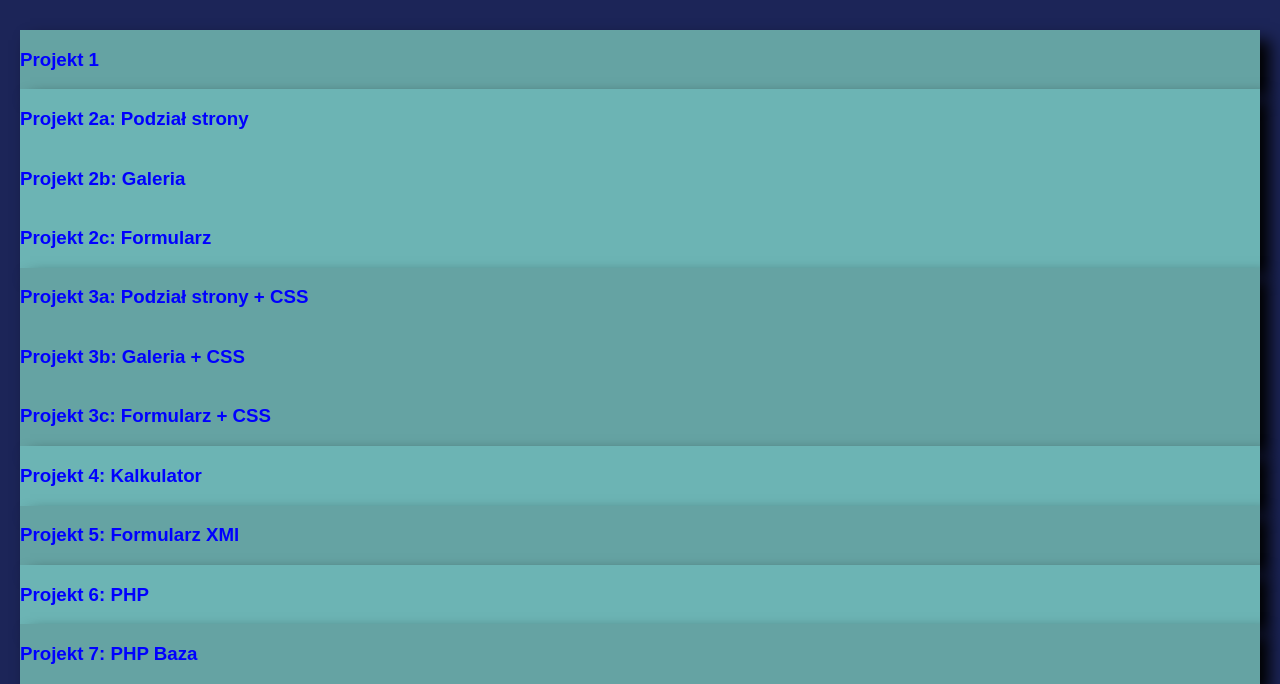
Repository: xdawix902/dawidfilipek1.github.io
Page: index.html
An editor plug-in stored every save of this project. The page is shown before and after the next save, followed by the edit.
The browser window is 1280 px wide. The pictures show the part of the page from y = 87 to 771 px (the page is 771 px tall).

Above is the page before, as saved 2025-11-28 22:13:10.

### index.html
<!DOCTYPE html>
<html lang="en">
    <head>
        <meta charset="UTF-8">
        <meta name="viewport" content="width=device-width, initial-scale=1.0">
        <title>Moja Strona</title>
        <link rel="stylesheet" href="css/index_style.css">
    </head>
    <body>
        <header>Strona Dawida Filipka</header>

        <main>
            <div id="projektyNieParzyste">
                <a href="projekt1/projekt1.html">
                    <h3 class="naglowki">Projekt 1</h3>
                </a>
            </div>

            <div id="projektyParzyste">

                <a href="projekt2/projekt2a.html">
                    <h3 class="naglowki">Projekt 2a: Podział strony</h3>
                </a><br>

                <a href="projekt2/projekt2b.html">
                    <h3 class="naglowki">Projekt 2b: Galeria</h3>
                </a><br>

                <a href="projekt2/projekt2c.html">
                    <h3 class="naglowki">Projekt 2c: Formularz</h3>
                </a>
            </div>

            <div id="projektyNieParzyste">

                <a href="projekt3/projekt3a.html">
                    <h3 class="naglowki">Projekt 3a: Podział strony + CSS</h3>
                </a><br>

                <a href="projekt3/projekt3b.html">
                    <h3 class="naglowki">Projekt 3b: Galeria + CSS</h3>
                </a><br>

                <a href="projekt3/projekt3c.html">
                    <h3 class="naglowki">Projekt 3c: Formularz + CSS</h3>
                </a>
            </div>

            <div id="projektyParzyste">
                <a href="projekt4/projekt4.html">
                    <h3 class="naglowki">Projekt 4: Kalkulator</h3>
                </a>
            </div>

            <div id="projektyNieParzyste">

                <a href="projekt5/projekt5.html">
                    <h3 class="naglowki">Projekt 5: Formularz XMl</h3>
                </a>
            </div>

            <div id="projektyParzyste">
                <a href="projekt6/index.php">
                    <h3 class="naglowki">Projekt 6: PHP</h3>
                </a>
            </div>

            <div id="projektyNieParzyste">

                <a href="projekt5/projekt7.html">
                    <h3 class="naglowki">Projekt 7: PHP Baza</h3>
                </a>
            </div>


        </main>


    </body>
</html>

### css/index_style.css
header{
    background-image: url("../images/index/banner.jpg");
    background-size: cover;
    background-position: center;
    color: rgb(224, 224, 224);
    text-align: center;
    padding: 20px;
    font-size: 2.5em;
    font-weight: bold;
    font-family:'Times New Roman', Times, serif;

}

main{
    padding-left: 20px;
    padding-right: 20px;
    padding-top: 30px;
    font-family: Arial, Helvetica, sans-serif;
}


body{
    margin:0;
    padding: 0;
    background-color: rgb(28, 37, 88);
}

.naglowki{
    display:inline-block;
    color: blue;
}

.naglowki:hover{
    color:brown;
}

#projektyNieParzyste{
    background-color: rgb(101, 163, 163);
    box-shadow: 10px 10px 15px;
}

#projektyParzyste{
    background-color: rgb(108, 180, 180);
    box-shadow: 10px 10px 15px;
}

After the next save:
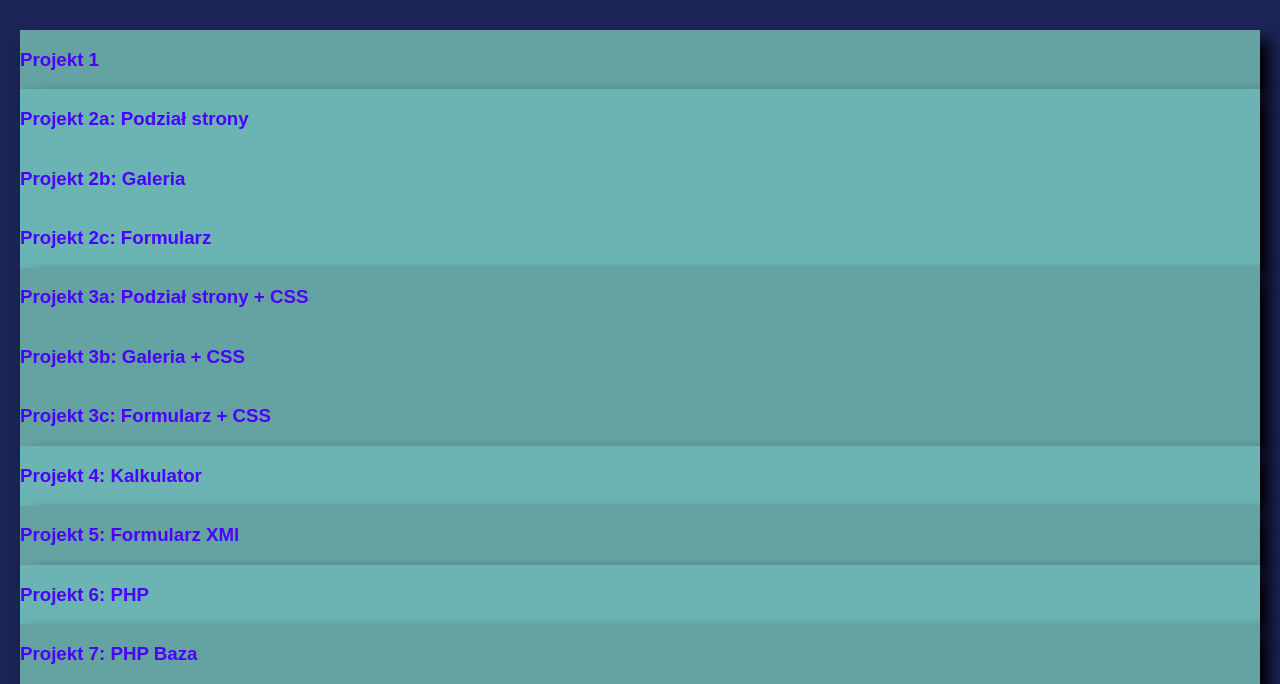
Saved 7 s later.
--- a/css/index_style.css
+++ b/css/index_style.css
@@ -27,7 +27,7 @@ body{
 
 .naglowki{
     display:inline-block;
-    color: blue;
+    color: rgb(76, 0, 255);
 }
 
 .naglowki:hover{
